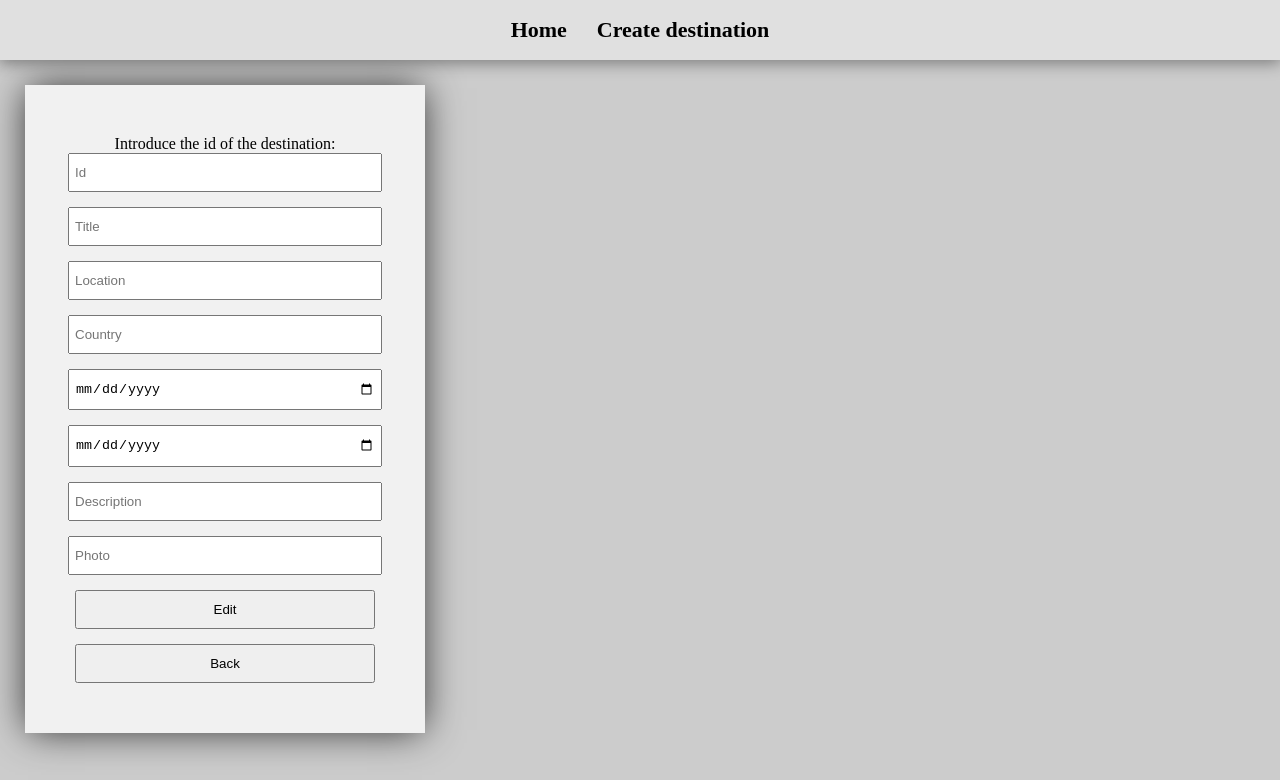
Repository: Marko2353/Travel-Destinations
Page: public/index-edit.html
These files come from the project's save history. The page is drawn as it stood at one moment and after the next save; the edit follows.
The browser window is 1280 px wide. The pictures show the whole page.

Above is the page before, as saved 2022-10-14 11:16:55.

### public/index-edit.html
<!DOCTYPE html>
<html lang="en">
<head>
    <meta charset="UTF-8">
    <meta http-equiv="X-UA-Compatible" content="IE=edge">
    <meta name="viewport" content="width=device-width, initial-scale=1.0">
    <link rel="stylesheet" type="text/css" href="style.css">
    <title>Edit destination</title>
</head>
<body>
  <header>
    <a href="index.html">Home</a>
    <a href="create.html">Create destination</a>
  </header>

    <div class="containers">
        <div class="form-container">
          <form id="destinationForm" name="destinationForm" method="post" action="/update">
            <label for="">Introduce the id of the destination: </label>
            <input placeholder="Id" type="text" name="id" id="id" >
            <input placeholder="Title" type="text" name="title" id="title" >
            <input placeholder="Location" type="text" name="location" id="location" >
            <input placeholder="Country" type="text" name="country" id="country">
            <input placeholder="Date From" type="date" name="dateFrom" id="dateFrom" value="0000-00-00">
            <input placeholder="Date To" type="date" name="dateTo" id="dateTo" value="0000-00-00">
            <input placeholder="Description" type="text" name="description" id="description">
            <input placeholder="Photo" type="type" name="photo" id="photo">
            <img src="" alt="">
            <input type="submit" value="Edit">
            <button><a href="index.html" style="text-decoration: none; color:black">Back</a></button>


          </form>
          <script></script>
</body>
</html>

### public/style.css
* {
  margin: 0;
  padding: 0;
}

body {
  display: flex;
  align-items: center;
  width: 100%;
  min-height: 100vh;
  padding: 60px 0 0 0;
  background-color: #cccccc;
}

header {
  width: 100vw;
  height: 60px;
  background-color: rgb(224, 224, 224);
  position: fixed;
  top: 0;
  left: 0;
  display: flex;
  justify-content: center;
  align-items: center;
  text-align: center;
  box-shadow: 0px 2px 15px 1px rgb(0, 0, 0, 0.4);
  z-index: 5;
}

header>a {
  text-decoration: none;
  color: black;
  font-weight: bold;
  font-size: 22px;
  width: max-content;
  padding: 8px 15px;
}

header>a:hover {
  text-decoration: underline;
}

.home {
  width: 100vw;
  height: 100%;
  z-index: 4;
  display: grid;
  grid-template-columns: repeat(auto-fit, minmax(250px, 1fr));
  grid-gap: 25px;
  padding: 25px;
  align-self: flex-start;
}

.container {
  display: flex;
  flex-direction: column;
  text-align: start;
  padding: 25px;
  align-items: center;
  justify-content: center;
  background-color: rgb(241, 241, 241);
  box-shadow: 0px 0px 37px -3px rgba(0, 0, 0, 0.81);
}

form {
  display: flex;
  flex-direction: column;
  justify-content: center;
  align-items: center;
  width: 300px;
  height: max-content;
}

.form-container {
  grid-column: 1 / 2;
  grid-row: 1 / 2;
  height: max-content;
  background-color: rgb(241, 241, 241);
  display: flex;
  justify-content: center;
  align-items: center;
  padding: 50px;
  box-shadow: 0px 0px 37px -3px rgba(0, 0, 0, 0.81);
  -webkit-box-shadow: 0px 0px 37px -3px rgba(0, 0, 0, 0.81);
  -moz-box-shadow: 0px 0px 37px -3px rgba(0, 0, 0, 0.81);
}

input {
  width: 100%;
  margin-bottom: 15px;
  padding: 10px 5px;
}
button {
  width: 100%;
  padding: 10px 5px;
}

input:last-child {
  margin-bottom: 0;
}

.containers {
  display: grid;
  grid-template-columns: 400px 1fr;
  grid-template-rows: 1fr;
  width: 100vw;
  height: 100%;
  padding: 25px;
  grid-gap: 25px;
  align-self: flex-start;
}

.area {
  grid-column: 2 / 3;
  grid-row: 1 / 2;
  width: 100%;
  height: 100%;

  z-index: 4;
  display: grid;
  grid-template-columns: repeat(auto-fit, minmax(250px, 1fr));
  grid-gap: 25px;


}

.container h3,
.container p {
  margin-bottom: 8px;
  width: 200px;
}

After the next save:
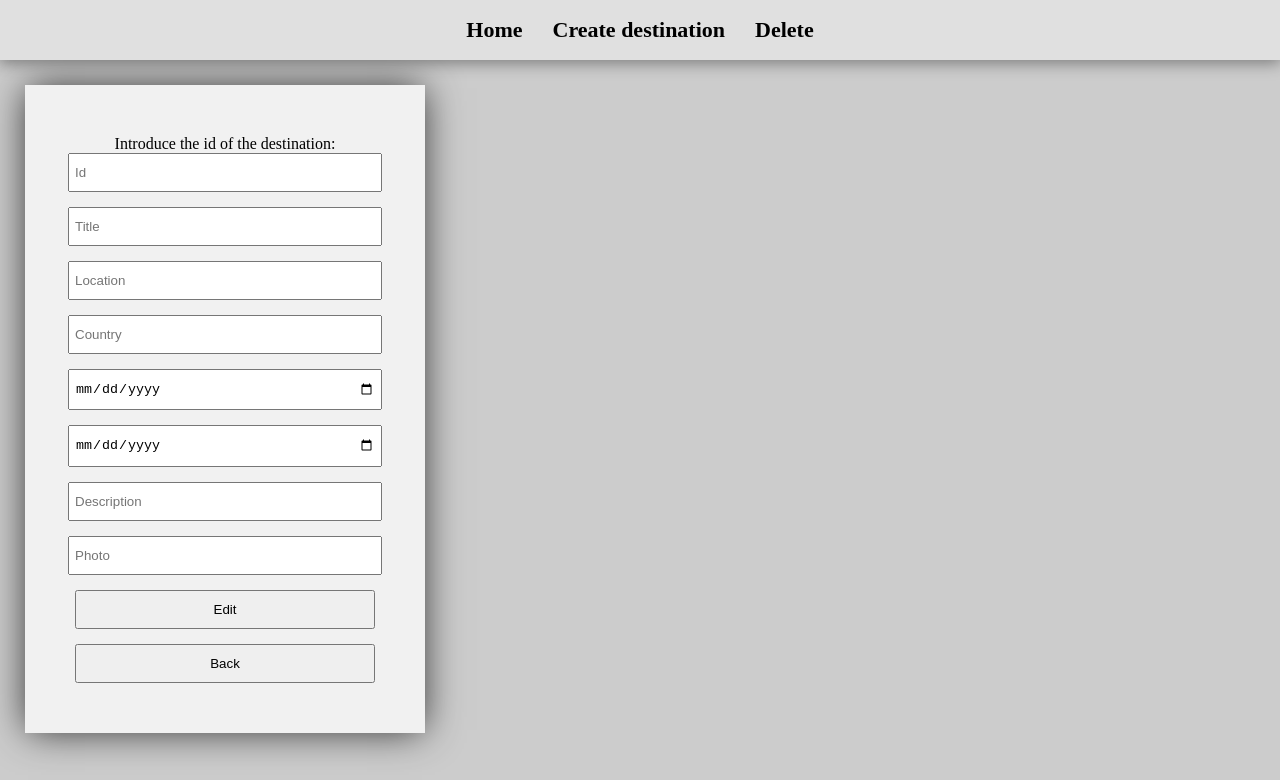
Saved 15 s later.
--- a/public/index-edit.html
+++ b/public/index-edit.html
@@ -11,6 +11,7 @@
   <header>
     <a href="index.html">Home</a>
     <a href="create.html">Create destination</a>
+    <a href="delete.html">Delete</a>
   </header>
 
     <div class="containers">
